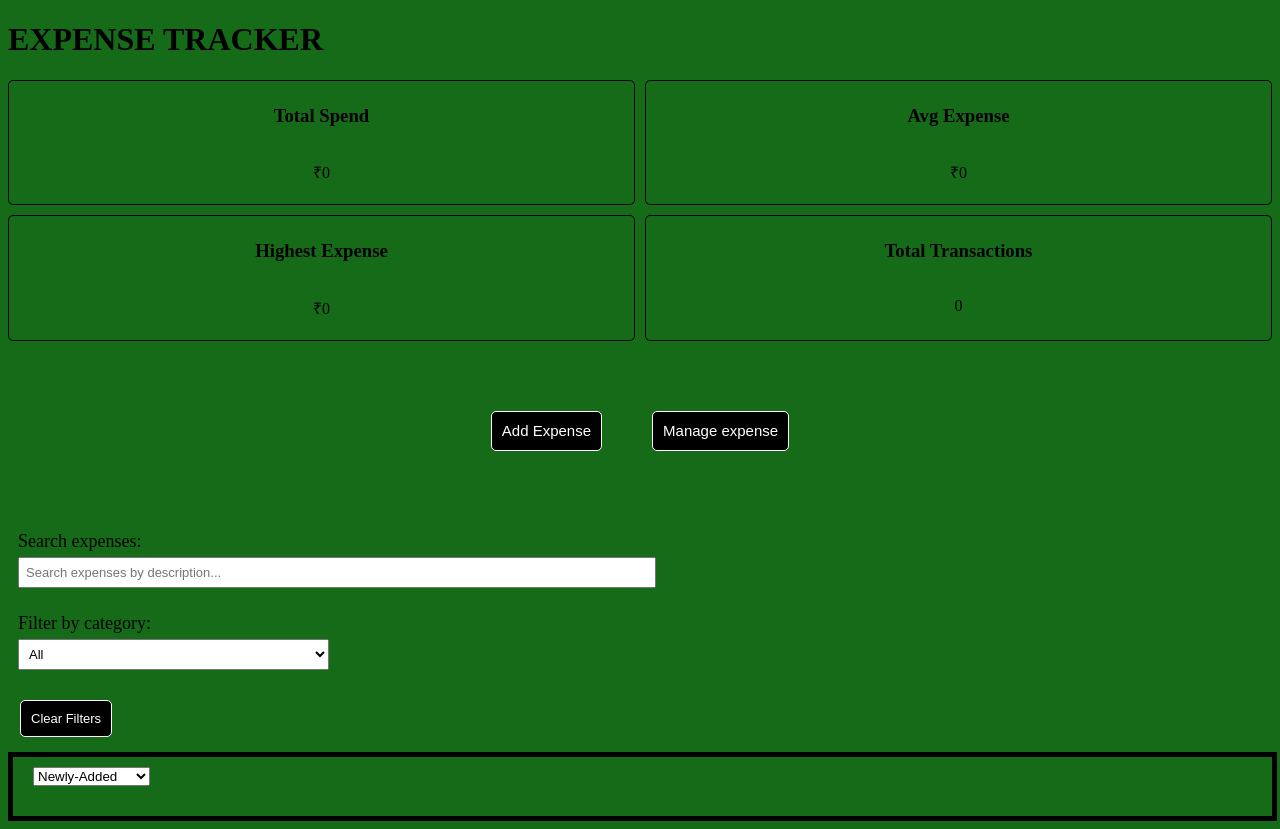
Repository: Gaurav124937/Expense-Tracker
Page: index.html
An editor plug-in stored every save of this project. The page is shown before and after the next save, followed by the edit.
The browser window is 1280 px wide. The pictures show the whole page.

Above is the page before, as saved 2026-09-20 20:13:04.

### index.html
<!doctype html>
<html lang="en">
  <head>
    <meta charset="UTF-8" />
    <meta name="viewport" content="width=device-width, initial-scale=1.0" />
    <title>Expense tracker</title>
    <link rel="stylesheet" href="style.css" />
    <script src="script.js" defer></script>
  </head>

  <body>
    <h1>EXPENSE TRACKER</h1>

    <div class="grid">
      <section class="section">
        <h3>Total Spend</h3>
        <p>₹0</p>
      </section>

      <section class="section">
        <h3>Avg Expense</h3>
        <p>₹0</p>
      </section>

      <section class="section">
        <h3>Highest Expense</h3>
        <p>₹0</p>
      </section>

      <section class="section">
        <h3>Total Transactions</h3>
        <p>0</p>
      </section>
    </div>

    <div class="buttons-grid">
      <button class="btn add-expense-button">Add Expense</button>
      <button class="btn manage-expense-button">Manage expense</button>
    </div>

    <div class="filter-container">
      <div class="search-filter-container">
        <label class="filter-form-label" for="expense-search"
          >Search expenses:</label
        >
        <input
          type="text"
          class="expense-search"
          placeholder="Search expenses by description..."
        />
      </div>
      <div class="category-filter-container">
        <label class="filter-form-label" for="category"
          >Filter by category:</label
        >
        <select class="category-filter" name="category">
          <option value="all">All</option>
          <option value="food">Food</option>
          <option value="petrol">Petrol</option>
          <option value="travel">Travel</option>
          <option value="shopping">Shopping</option>
          <option value="transport">Transport</option>
          <option value="other">Other</option>
        </select>
      </div>
      <div>
        <button class="clear-filters">Clear Filters</button>
      </div>
    </div>
    <div class="main-container">
      <div class="expense-card-sort">
        <select class="sort-expenses">
          <option value="latest">Newly-Added</option>
          <option value="newest">Newest First</option>
          <option value="oldest">Oldest First</option>
          <option value="highest">Highest Amount</option>
          <option value="lowest">Lowest Amount</option>
        </select>
      </div>
      <div class="expense-list expense-list-view"></div>
    </div>
    <form method="post" class="expense-form form-hidden">
      <div class="form">
        <p>ADD YOUR DETAILS</p>

        <div class="formating">
          <label for="expense">Enter amount</label>
          <input type="number" id="expense" name="expense" />
        </div>

        <div class="formating">
          <label for="description">Enter description</label>
          <input type="text" id="description" name="description" />
        </div>

        <div class="formating">
          <label for="category">Select category</label>
          <select id="category" name="category">
            <option value="all">All</option>
            <option value="food">Food</option>
            <option value="petrol">Petrol</option>
            <option value="travel">Travel</option>
            <option value="shopping">Shopping</option>
            <option value="transport">Transport</option>
            <option value="other">Other</option>
          </select>
        </div>

        <div class="formating">
          <label for="date">Enter date</label>
          <input type="date" id="date" name="date" />
        </div>

        <div class="formating">
          <button class="save-expense-button" type="submit">
            Save expense
          </button>
        </div>
      </div>
    </form>

    <div class="total-expense"></div>
  </body>
</html>

### style.css
.grid {
  display: grid;
  grid-template-columns: repeat(2, 1fr);
  gap: 10px;
}

.section {
  display: flex;
  flex-direction: column;
  align-items: center;
  border-radius: 5px;
  border-color: black;
  border: 1px solid;
  padding: 5px;
}
.buttons-grid {
  display: flex;
  flex-direction: row;
  padding: 50px;
  gap: 10px;
  justify-content: center;
}
.btn {
  padding: 10px;
  border-radius: 5px;
  border-color: black;
  border: 1px solid;
  margin: 20px;
  font-size: 15px;
  block-size: 40px;
  color: white;
  background-color: black;
}
.form {
  display: flex;
  flex-direction: column;
  padding: 20px;
}
.formating {
  display: flex;
  flex-direction: column;
  padding: 5px;
  width: 75%;
}
.save-expense-button {
  padding: 10px;
  border-radius: 5px;
  border-color: black;
  border: 1px solid;
  margin-top: 20px;
  font-size: 15px;
  block-size: 40px;
  color: white;
  background-color: black;
  width: 45%;
}
.form-hidden {
  display: none;
}

.main-container {
  padding: 10px;
  border: 5px solid;
  gap: 10px;
  width: 98%;
}

.expense-list-view {
  display: flex;
  flex-direction: row;
  padding: 10px;
  gap: 10px;
  overflow-x: auto;
}
.expense-display-card {
  display: flex;
  flex-direction: column;
  padding: 8px;
  border: 3px solid;
  border-radius: 10px;
  width: 200px;
  background-color: rgba(0, 26, 255, 0.585);
  height: 300px;
  flex-shrink: 0;
  box-sizing: border-box;
}

.expense-text-styling {
  font-size: 15px;
  color: white;
  font-weight: bold;
}

.delete-expense-button {
  padding: 5px;
  border-radius: 5px;
  width: 50%;
  border-color: black;
  border: 1px solid;
  margin-top: 20px;
  font-size: 15px;
  block-size: 30px;
  color: white;
  background-color: rgba(255, 0, 0, 0.761);
}

.edit-expense-button {
  padding: 5px;
  border-radius: 5px;
  width: 50%;
  border-color: black;
  border: 1px solid;
  margin-top: 20px;
  font-size: 15px;
  block-size: 30px;
  color: white;
  background-color: rgb(0, 0, 0);
}

.expense-info {
  display: flex;
  flex-direction: column;
  flex: 1;
  min-height: 0;
  overflow: auto;
}
.expense-actions {
  display: flex;
  flex-direction: row;
  gap: 10px;
  margin-top: auto;
  flex-shrink: 0;
}

body {
  background-color: rgb(22, 107, 25);
}

.expense-description {
  text-overflow: ellipsis;
  overflow: hidden;
  overflow-wrap: break-word;
  line-clamp: 3;
  -webkit-line-clamp: 3;
  display: -webkit-box;
  -webkit-box-orient: vertical;
}

.expense-description.expanded {
  display: block;
  line-clamp: unset;
  -webkit-line-clamp: unset;
  overflow: visible;
  overflow-wrap: break-word;
}
.expense-search {
  width: 50%;
  font-size: 13px;
  padding: 6px;
  margin-bottom: 10px;
}
.category-filter-container {
  display: flex;
  flex-direction: column;
  padding: 10px;
}
.category-filter {
  width: 25%;
  font-size: 13px;
  padding: 6px;
  margin-bottom: 20px;
}
.filter-container {
  display: flex;
  flex-direction: column;
  padding: 5px;
  gap: 5px;
}
.search-filter-container {
  display: flex;
  flex-direction: column;
  padding: 5px;
}
.category-filter-container {
  display: flex;
  flex-direction: column;
  padding: 5px;
}
.filter-form-label {
  font-size: 18px;
  margin-bottom: 5px;
  color: rgb(0, 0, 0);
}
.clear-filters {
  padding: 10px;
  border-radius: 5px;
  border-color: black;
  margin-left: 7px;
  margin-bottom: 10px;
  border: 1px solid;
  font-size: 13px;
  color: white;
  background-color: black;
}

.expense-card-sort {
  margin-left: 10px;
  font-size: 13px;
  width: 20%;
}

### script.js
const addExpenseButton = document.querySelector(".add-expense-button");

const expenseForm = document.querySelector(".expense-form");

addExpenseButton.addEventListener("click", function showExpenseForm() {
  expenseForm.classList.toggle("form-hidden");
});

const expenses = [];
getData();

expenses.forEach((expense) => {
  renderExpense(expense);
});

let editingExpenseId = null;

// FUNCTION WORKS ON SUBMITTING THE FORM
expenseForm.addEventListener("submit", function (event) {
  event.preventDefault();
  const amount = Number(document.querySelector("#expense").value);
  const descript = document.querySelector("#description").value;
  const category = document.querySelector("#category").value;
  const date = document.querySelector("#date").value;

  if (amount <= 0 || descript.trim() === "" || category == "" || date === "") {
    alert("please enter all details carefully");
    return;
  }
  const expense = {
    id: crypto.randomUUID(),
    expense: amount,
    description: descript,
    category: category,
    date: date,
  };

  //IMPLEMENTATION OF EDIT EXPENSE WORKING

  if (editingExpenseId == null) {
    expenses.push(expense);
    storingData();
    expenseForm.reset();

    renderExpense(expense);
  } else {
    const index = expenses.findIndex(
      (expense) => expense.id === editingExpenseId,
    );
    const expenseToSave = expenses[index];
    if (index !== -1) {
      expenseToSave.expense = amount;
      expenseToSave.description = descript;
      expenseToSave.category = category;
      expenseToSave.date = date;
    }

    storingData();
    expenseForm.reset();
    const expenseElement = document.getElementById(editingExpenseId);
    const infoDiv = expenseElement.querySelector(".expense-info");
    infoDiv.innerHTML = `
    <p class="expense-text-styling expense-description ">${expenseToSave.description}</p>
    <p class="expense-text-styling">₹${expenseToSave.expense}</p>
    <p class="expense-text-styling">${expenseToSave.category}</p>
  <p class="expense-text-styling">${expenseToSave.date}</p>
  `;
    document.querySelector(".total-expense").innerHTML =
      `<p>TOTAL EXPENSE: ${totalExpense()}</p>`;

    editingExpenseId = null;
  }
});

//FUNCTION TO FIND TOTAL EXPENSE
function totalExpense() {
  const totalExpense = expenses.reduce((total, expense) => {
    return total + expense.expense;
  }, 0);
  return totalExpense;
}

// FUNCTIONS TO STORE AND GET DATA
function storingData() {
  const expenseArrayString = JSON.stringify(expenses);
  localStorage.setItem("array", expenseArrayString);
}

function getData() {
  const expensesArray = JSON.parse(localStorage.getItem("array"));
  if (expensesArray !== null) {
    expenses.push(...expensesArray);
  }

  console.log(expensesArray);
}

//FUNCTION TO DISPLAY EXPENSE ON DISPLAY
function renderExpense(expense) {
  const expenseList = document.querySelector(".expense-list");

  const expenseElement = document.createElement("div");
  expenseElement.classList.add("expense-display-card");
  expenseElement.id = expense.id;

  const infoDiv = document.createElement("div");
  infoDiv.classList.add("expense-info");
  infoDiv.innerHTML = `
    <p class="expense-text-styling expense-description ">${expense.description}</p>
    <p class="expense-text-styling">₹${expense.expense}</p>
    <p class="expense-text-styling">${expense.category}</p>
  <p class="expense-text-styling">${expense.date}</p>
  `;
  expenseElement.appendChild(infoDiv);

  const actionDiv = document.createElement("div");
  actionDiv.classList.add("expense-actions");
  actionDiv.innerHTML = `
  <button class="delete-expense-button">Delete</button>
  <button class="edit-expense-button">Edit</button>
  `;

  expenseElement.appendChild(actionDiv);

  expenseList.appendChild(expenseElement);
  const descriptionElement = expenseElement.querySelector(
    ".expense-description",
  );
  descriptionElement.addEventListener("click", () => {
    descriptionElement.classList.toggle("expanded");
  });

  updateTotal();

  const deleteExpense = expenseElement.querySelector(".delete-expense-button");
  deleteExpense.addEventListener("click", function () {
    expenseElement.remove();
    const index = expenses.findIndex(
      (expense) => expense.id === expenseElement.id,
    );
    if (index !== -1) {
      expenses.splice(index, 1);
    }

    storingData();

    updateTotal();
  });

  const editExpense = expenseElement.querySelector(".edit-expense-button");
  editExpense.addEventListener("click", function () {
    const index = expenses.findIndex(
      (expense) => expense.id === expenseElement.id,
    );
    if (index !== -1) {
      const expenseToEdit = expenses[index];

      editingExpenseId = expenseToEdit.id;

      document.querySelector("#expense").value = expenseToEdit.expense;
      document.querySelector("#description").value = expenseToEdit.description;
      document.querySelector("#category").value = expenseToEdit.category;
      document.querySelector("#date").value = expenseToEdit.date;
    }
    expenseForm.classList.toggle("form-hidden");
  });
}

const searchInput = document.querySelector(".expense-search");
searchInput.addEventListener("input", updateExpenseList);

const categoryFilter = document.querySelector(".category-filter");
categoryFilter.addEventListener("change", updateExpenseList);

const sortExpenses = document.querySelector(".sort-expenses");
sortExpenses.addEventListener("change", updateExpenseList);


//FUNCTION FOR FILTER EXPENSES BY DESCRIPTION, CATEGORY AND SORTING
function updateExpenseList() {
  const searchText = searchInput.value.toLowerCase();
  const selectedCategory = categoryFilter.value;
  const selectedSort = sortExpenses.value;

  let displayedExpenses = expenses.filter((expense) => {
    const matchesSearch = expense.description
      .toLowerCase()
      .includes(searchText);

    const matchesCategory =
      selectedCategory === "all" ||
      expense.category.toLowerCase() === selectedCategory;

    return matchesSearch && matchesCategory;
  });

  if(selectedSort === "latest"){
    expenses.forEach((expense) => {
    renderExpense(expense);
  });
  }

  if (selectedSort === "highest") {
    displayedExpenses.sort((a, b) => b.expense - a.expense);
  }

  if (selectedSort === "lowest") {
    displayedExpenses.sort((a, b) => a.expense - b.expense);
  }

  if (selectedSort === "newest") {
    displayedExpenses.sort((a, b) => new Date(b.date) - new Date(a.date));
  }

  if (selectedSort === "oldest") {
    displayedExpenses.sort((a, b) => new Date(a.date) - new Date(b.date));
  }

  const expenseList = document.querySelector(".expense-list");
  expenseList.innerHTML = "";

  if (displayedExpenses.length === 0) {
    expenseList.innerHTML = "<p>No expenses found.</p>";
    return;
  }

  displayedExpenses.forEach((expense) => {
    renderExpense(expense);
  });
}
//FUNCTION FOR UPDATING TOTAL
function updateTotal() {
  const totalAmount = document.querySelector(".total-expense");

  totalAmount.innerHTML = `<p>TOTAL EXPENSE: ${totalExpense()}</p>`;
}

//CLEARING FILTER
const clearFiltersButton = document.querySelector(".clear-filters");

clearFiltersButton.addEventListener("click", function () {
  searchInput.value = "";
  categoryFilter.value = "all";
  sortExpenses.value="latest";

  updateExpenseList();
});

After the next save:
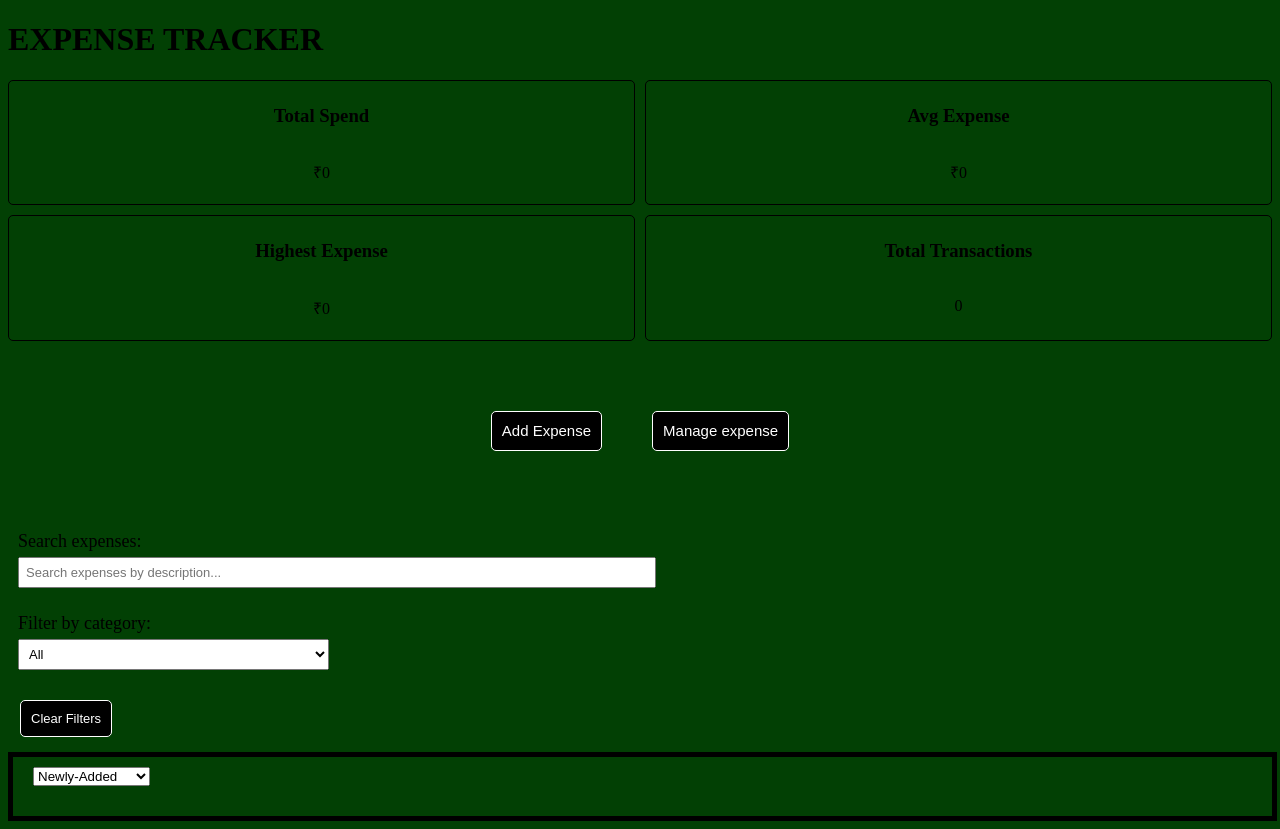
Saved 4 s later.
--- a/style.css
+++ b/style.css
@@ -133,7 +133,7 @@
 }
 
 body {
-  background-color: rgb(22, 107, 25);
+  background-color: rgb(2, 64, 4);
 }
 
 .expense-description {
